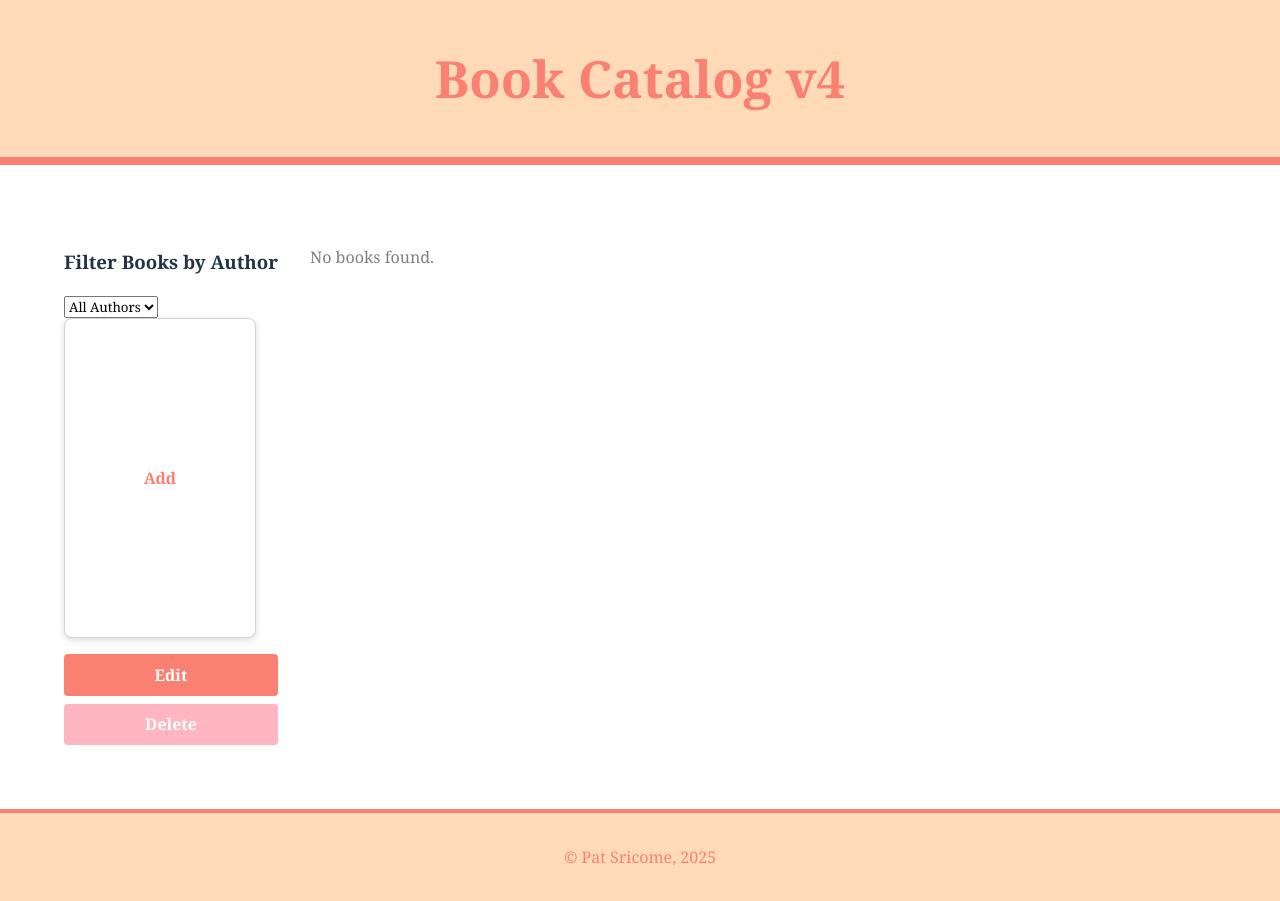
Repository: patcha-d3/book-catalog-v5
Page: /
An editor plug-in stored every save of this project. The page is shown before and after the next save, followed by the edit.
The browser window is 1280 px wide. The pictures show the whole page.
The project was rebuilt for these pictures with package versions that can differ from the ones it lists, and the page was loaded fresh each time. Also part of the build but not shown: vite.config.js, src/book.jsx.

Above is the page before, as saved 2025-10-28 23:00:44.

### index.html
<!DOCTYPE html>
<html lang="en">
  <head>
    <meta charset="UTF-8" />
    <link rel="icon" type="image/svg+xml" href="/vite.svg" />
    <meta name="viewport" content="width=device-width, initial-scale=1.0" />
    <title>Pat's Rendering lists</title>
  </head>
  <body>
    <div id="root"></div>
    <script type="module" src="/src/main.jsx"></script>
  </body>
</html>

### src/App.jsx
// App.jsx
import { useState } from "react";
import "./App.css";
import Modal from "./components/Modal.jsx";
import AddBook from "./components/AddBook.jsx";
import Book from "./book.jsx";
import BookFilter from "./components/BookFilter.jsx"; // 👈 เพิ่มการ import

function App() {
  const [books, setBooks] = useState([]);

  // ✅ state สำหรับฟิลเตอร์
  const [filterCriteria, setFilterCriteria] = useState({
    author: "",
  });

  // เลือกได้ทีละเล่ม
  const toggleSelect = (isbn13) => {
    setBooks((prev) =>
      prev.map((book) =>
        book.isbn13 === isbn13
          ? { ...book, selected: !book.selected }
          : { ...book, selected: false }
      )
    );
  };

  // เพิ่มหนังสือใหม่
  const handleAddBook = (newBook) => {
    const withDefaults = {
      ...newBook,
      isbn13:
        (window.crypto && crypto.randomUUID && crypto.randomUUID()) ||
        String(Date.now()),
      selected: false,
      image: newBook.url || "https://via.placeholder.com/150x200?text=Book",
      url: newBook.url || "#",
      isUserAdded: true, // 👈 ใช้ flag นี้ถ้าจะกรองเฉพาะหนังสือที่ผู้ใช้เพิ่ม
    };
    setBooks((prev) => [...prev, withDefaults]);
  };

  // ลบหนังสือที่เลือก
  const handleDeleteBook = () => {
    const selectedBook = books.find((b) => b.selected);
    if (!selectedBook) {
      alert("Please select a book to delete.");
      return;
    }
    setBooks((prev) => prev.filter((b) => b.isbn13 !== selectedBook.isbn13));
  };

  // Update = no-op
  const handleUpdateBook = () => {
    const selectedBook = books.find((b) => b.selected);
    if (!selectedBook) {
      alert("Please select a book to update.");
      return;
    }
    alert("Update feature coming soon!");
  };

  // ✅ handler สำหรับเปลี่ยนค่าฟิลเตอร์
  const handleFilterChange = (e) => {
    const { name, value } = e.target;
    setFilterCriteria((prev) => ({ ...prev, [name]: value }));
  };

  // ✅ รายชื่อผู้เขียน (unique + เรียง) — ตอนนี้ดึงจากทุกเล่มใน state
  // ถ้าอยากให้มีเฉพาะของที่ผู้ใช้เพิ่ม ให้เติม .filter(b => b.isUserAdded) ก่อน map
  const uniqueAuthors = [
    ...new Set(
      books
        // .filter((b) => b.isUserAdded) // <— uncomment ถ้าจะใช้เฉพาะที่ผู้ใช้เพิ่ม
        .map((b) => b.author)
        .filter(Boolean)
    ),
  ].sort();

  // ✅ กรองหนังสือก่อนส่งไปแสดง
  const filteredBooks = books.filter((book) => {
    // ถ้าจะโชว์เฉพาะ user-added: เปิดบรรทัดด้านล่าง
    // if (!book.isUserAdded) return false;

    const matchesAuthor =
      !filterCriteria.author || book.author === filterCriteria.author;
    return matchesAuthor;
  });

  return (
    <div className="app">
      <header className="app-header">
        <h1>Book Catalog v4</h1>
      </header>

      <main className="content">
        <div className="content-add">
          {/* ✅ ส่วนฟิลเตอร์ */}
          <BookFilter
            filterCriteria={filterCriteria}
            onFilterChange={handleFilterChange}
            authors={uniqueAuthors}
          />

          {/* ปุ่ม Add + modal */}
          <Modal btnLabel="Add" btnClassName="button-add">
            <AddBook onAdd={handleAddBook} />
          </Modal>

          {/* ปุ่ม Update / Delete */}
          <div className="action-buttons">
            <button className="button-update" onClick={handleUpdateBook}>
              Edit
            </button>
            <button className="button-delete" onClick={handleDeleteBook}>
              Delete
            </button>
          </div>
        </div>

        {/* ใช้ filteredBooks แทน books */}
        <BookTile books={filteredBooks} onSelect={toggleSelect} />
      </main>

      <footer className="footer">
        <p>© Pat Sricome, 2025</p>
      </footer>
    </div>
  );
}

function BookTile({ books, onSelect }) {
  if (books.length === 0) {
    return (
      <div className="content-books">
        <p style={{ color: "gray" }}>No books found.</p>
      </div>
    );
  }

  return (
    <div className="content-books">
      {books.map((book) => (
        <Book
          key={book.isbn13}
          title={book.title}
          author={book.author}
          image={book.image}
          selected={book.selected}
          onSelect={() => onSelect(book.isbn13)}
        />
      ))}
    </div>
  );
}

export default App;

### src/App.css
* {
  font-family: Georgia, "Times New Roman", Times, serif;
}

*,
*::before,
*::after {
  box-sizing: border-box;
}

html {
  display: flex;
  flex-direction: column;
  margin: auto;
  background-color: white;
}

html,
body {
  margin: 0;
  padding: 0;
  background-color: white; /* พื้นหลังขาวล้วน */
}

.content > * {
  margin: 0;
}

.app {
  display: flex;
  flex-direction: column;
  min-height: 100vh; /* ให้ container สูงเต็มหน้าจอ */
  background-color: white;
}

.app-header {
  position: relative;
  top: 0;
  left: 0;
  z-index: 1000;
  width: 100vw;
  background-color: peachpuff;
  color: salmon;
  padding: 1em;
  border-bottom: 8px solid salmon;
  text-align: center;
}

.content {
  flex: 1;
  display: flex;
  flex-direction: row;
  gap: 2em;
  padding: 4em;
  background-color: white;
}

.content-add {
  flex: 0 0 auto;
}

.action-buttons {
  display: flex;
  flex-direction: column;
  gap: 0.5em;
  margin-top: 1em;
  width: 100%;
}

.button-add,
.card-book {
  display: flex;
  flex-direction: column;
  justify-content: center;
  align-items: center;
  min-width: 12em;
  height: 20em;
  border: 1px solid lightgrey;
  border-radius: 0.5em;
  background-color: #fff;
  transition: background-color 0.3s ease, color 0.3s ease;
}

.button-add {
  color: salmon;
  font-weight: bold;
}

.button-add h2 {
  font-size: 1.2em;
  font-weight: normal;
  color: grey;
}

.button-add:hover {
  background-color: darkred;
  color: salmon;
  border: 2px solid salmon;
  font-weight: bold;
}

.button-add:hover h2 {
  color: white; /* make text readable on blue */
}

.content-books {
  display: flex;
  flex-wrap: wrap;
  justify-content: flex-start;
  gap: 2em;
  flex: 1;
}

.card-book div {
  margin: 0 auto;
}

.card-book {
  position: relative; /* ให้ปุ่ม x ยึดกับกรอบ card */
  display: flex;
  flex-direction: column;
  max-width: 12em;
  height: 20em;
  padding: 0.5em;
  border-radius: 0.5em;
  text-align: center;
  color: grey;
  background-color: white;
  overflow: hidden;
}

.card-book-image {
  flex: 0 0 auto;
  display: grid;
  place-items: center;
  max-width: 100%;
  max-height: 100%;
  margin: 0 auto;
}

.card-book-image img {
  width: 100%;
  height: 100%;
  object-fit: contain;
}

.card-book-body {
  display: flex;
  flex-direction: column;
  flex: 1; /* stretch body to take all available space */
}

.card-book-price {
  font-weight: bold;
  margin: 0.5em 0;
  color: #333;
}

.link-button {
  margin-top: auto; /* push button to bottom */
  width: 100%;
  background-color: salmon;
  color: white;
  padding: 0.5em 2.4em;
  text-align: center;
  text-decoration: none;
  font-weight: bold;
  border-radius: 8px;
  transition: background-color 0.3s ease, color 0.3s ease;
}

.link-button::hover {
  background-color: white;
  color: darkred;
}

@media (max-width: 480px) {
  .button-add,
  .card-book {
    max-width: 100%;
  }
}

.footer {
  bottom: 0;
  text-align: center;
  width: 100vw;
  background-color: peachpuff;
  color: salmon;
  padding: 1em;
  border-top: 4px solid salmon;
  margin-top: auto;
}

.card-book,
.button-add {
  box-shadow: 0 2px 6px rgba(0, 0, 0, 0.15);
  transition: box-shadow 0.3s ease, transform 0.3s ease;
}

.card-book:hover,
.button-add:hover {
  box-shadow: 0 4px 12px rgba(0, 0, 0, 0.35);
  transform: translateY(-5px);
}

.book-card span {
  display: inline-block;
  margin-left: 8px;
  font-weight: bold;
  cursor: pointer;
  color: red;
}

.btn-remove {
  font-family: Arial, Helvetica, sans-serif;
  position: absolute;
  top: 0;
  right: 0;
  display: inline-block;
  padding: 0 0.5em;
  background: #eee;
  cursor: pointer;
}

.btn-remove:hover {
  background: #db4141;
  color: white;
}

.form-container {
  padding: 0 3em;

  > form {
    padding: 2em;

    button {
      margin-left: 10em;
    }
  }
  .form-control {
    label {
      display: inline-block;
      width: 10em;
    }
    margin: 1em 0;
  }
}

dialog {
  background-color: white;
  color: #333;
}

dialog form {
  background-color: white;
  color: #333;
}

.card-book.selected {
  border: 3px solid salmon;
  transform: scale(1.02);
}

.book-title {
  font-size: 1rem;
  font-weight: bold;
  color: #333;
  margin: 0.5em 0 0 0;
}

.book-author {
  font-size: 0.9rem;
  color: #666;
  margin: 0.25em 0;
}

.button-update,
.button-delete {
  width: 100%;
  padding: 0.6em 0;
  font-weight: bold;
  border: none;
  color: white;
  cursor: pointer;
  border-radius: 4px;
}

.button-update {
  background-color: salmon;
}

.button-update:hover,
.button-delete:hover {
  background-color: darkred;
}

.button-delete {
  background-color: lightpink;
}

/* ---------- Modal (dialog) ---------- */
dialog {
  border: none;
  border-radius: 12px;
  padding: 2.5em;
  width: 420px;
  max-width: 90%;
  background-color: #fff;
  box-shadow: 0 6px 20px rgba(0, 0, 0, 0.2);
}

dialog::backdrop {
  background-color: rgba(0, 0, 0, 0.4);
}

/* ---------- Form Container ---------- */
.form-container {
  display: flex;
  flex-direction: column;
  align-items: stretch;
}

.form-container h2 {
  text-align: center;
  margin-bottom: 1.5em;
  color: salmon;
}

/* ---------- Each Form Row ---------- */
.form-row {
  display: flex;
  flex-direction: column;
  margin-bottom: 1em;
}

.form-row label {
  margin-bottom: 0.3em;
  font-weight: bold;
  color: #555;
  font-size: 0.9rem;
}

.form-row input {
  padding: 0.6em 0.8em;
  border: 1px solid #ccc;
  border-radius: 6px;
  font-size: 0.9rem;
  transition: border-color 0.2s ease;
}

.form-row input:focus {
  outline: none;
  border-color: salmon;
  box-shadow: 0 0 0 2px rgba(250, 128, 114, 0.25);
}

/* ---------- Buttons ---------- */
.modal-buttons {
  display: flex;
  justify-content: center;
  gap: 1em;
  margin-top: 1.5em;
}

.modal-buttons button {
  min-width: 100px;
  padding: 0.6em 1.2em;
  border: none;
  border-radius: 6px;
  font-size: 0.9rem;
  font-weight: bold;
  cursor: pointer;
  transition: all 0.25s ease;
}

/* Save button */
.modal-buttons .btn.primary {
  background-color: salmon;
  color: white;
}

.modal-buttons .btn.primary:hover {
  background-color: darkred;
}

/* Cancel button */
.modal-buttons button[type="button"] {
  background-color: lightgray;
  color: #333;
}

.modal-buttons button[type="button"]:hover {
  background-color: #ccc;
}

.modal-buttons {
  display: flex;
  justify-content: center;
  margin-top: 1.5em;
}

.modal-buttons button {
  width: 60%;
  padding: 0.7em 0;
  border: none;
  border-radius: 6px;
  font-weight: bold;
  background-color: salmon;
  color: white;
  cursor: pointer;
  transition: all 0.25s ease;
}

.modal-buttons button:hover {
  background-color: darkred;
}

### src/components/Modal.jsx
import { useRef } from "react";

function Modal({ btnLabel, children, btnClassName }) {
  const modalRef = useRef();

  const openModal = () => modalRef.current.showModal();
  const closeModal = () => modalRef.current.close();

  return (
    <>
      <button onClick={openModal} className={btnClassName}>
        {btnLabel}
      </button>

      <dialog ref={modalRef}>{children}</dialog>
    </>
  );
}

export default Modal;

### src/components/AddBook.jsx
// components/AddBook.jsx
import { useState } from "react";

function AddBook({ onAdd }) {
  const [formData, setFormData] = useState({
    title: "",
    author: "",
    publisher: "",
    year: "",
    language: "",
    pages: "",
    url: "",
  });

  const handleChange = (e) => {
    const { name, value } = e.target;
    setFormData((prev) => ({
      ...prev,
      [name]: value,
    }));
  };

  const handleSubmit = (e) => {
    e.preventDefault();

    // trim ข้อมูลหลัก ๆ กันช่องว่างล้วน
    const payload = {
      title: formData.title.trim(),
      author: formData.author.trim(),
      publisher: formData.publisher.trim(),
      language: formData.language.trim(),
      // แปลงเป็นตัวเลขถ้ากรอก (ไม่งั้นปล่อยว่าง)
      year: formData.year ? Number(formData.year) : "",
      pages: formData.pages ? Number(formData.pages) : "",
      url: formData.url.trim(),
    };

    if (!payload.title || !payload.author) {
      alert("Please enter at least a title and author.");
      return;
    }

    onAdd(payload);

    // reset ฟอร์ม
    setFormData({
      title: "",
      author: "",
      publisher: "",
      year: "",
      language: "",
      pages: "",
      url: "",
    });

    // ปิด dialog เฉพาะตัวที่ครอบฟอร์มนี้
    const dialog = e.target.closest("dialog");
    if (dialog) dialog.close();
  };

  return (
    <div className="form-container">
      <h2>Add New Book</h2>
      <form onSubmit={handleSubmit} className="modal-form" noValidate>
        <div className="form-row">
          <label htmlFor="title">
            Title<span aria-hidden="true"> *</span>
          </label>
          <input
            id="title"
            name="title"
            value={formData.title}
            onChange={handleChange}
            placeholder="Book title"
            required
            autoFocus
          />
        </div>

        <div className="form-row">
          <label htmlFor="author">
            Author<span aria-hidden="true"> *</span>
          </label>
          <input
            id="author"
            name="author"
            value={formData.author}
            onChange={handleChange}
            placeholder="Author name"
            required
          />
        </div>

        <div className="form-row">
          <label htmlFor="publisher">Publisher</label>
          <input
            id="publisher"
            name="publisher"
            value={formData.publisher}
            onChange={handleChange}
            placeholder="Publisher"
          />
        </div>

        <div className="form-row">
          <label htmlFor="year">Publication Year</label>
          <input
            id="year"
            name="year"
            type="number"
            inputMode="numeric"
            min="0"
            max="9999"
            value={formData.year}
            onChange={handleChange}
            placeholder="e.g. 2024"
          />
        </div>

        <div className="form-row">
          <label htmlFor="language">Language</label>
          <input
            id="language"
            name="language"
            value={formData.language}
            onChange={handleChange}
            placeholder="Language"
          />
        </div>

        <div className="form-row">
          <label htmlFor="pages">Pages</label>
          <input
            id="pages"
            name="pages"
            type="number"
            inputMode="numeric"
            min="1"
            value={formData.pages}
            onChange={handleChange}
            placeholder="e.g. 320"
          />
        </div>

        <div className="form-row">
          <label htmlFor="url">Url Link (cover image)</label>
          <input
            id="url"
            name="url"
            type="url"
            inputMode="url"
            value={formData.url}
            onChange={handleChange}
            placeholder="https://example.com/cover.jpg"
          />
        </div>

        <div className="modal-buttons">
          <button type="submit" className="btn primary">
            Save
          </button>
        </div>
      </form>
    </div>
  );
}

export default AddBook;

### src/components/BookFilter.jsx
import React from "react";
import "../App.css";

export default function BookFilter({
  filterCriteria,
  onFilterChange,
  authors,
}) {
  return (
    <div className="filter-controls">
      <h3>Filter Books by Author</h3>
      <div className="filter-row">
        <div className="filter-group">
          <select
            id="author-filter"
            name="author"
            value={filterCriteria.author}
            onChange={onFilterChange}
            className="author-dropdown"
          >
            <option value="">All Authors</option>
            {authors.map((author, index) => (
              <option key={index} value={author}>
                {author}
              </option>
            ))}
          </select>
        </div>
      </div>
    </div>
  );
}

Loaded but not shown: src/main.jsx (common file); src/index.css (common file)

After the next save:
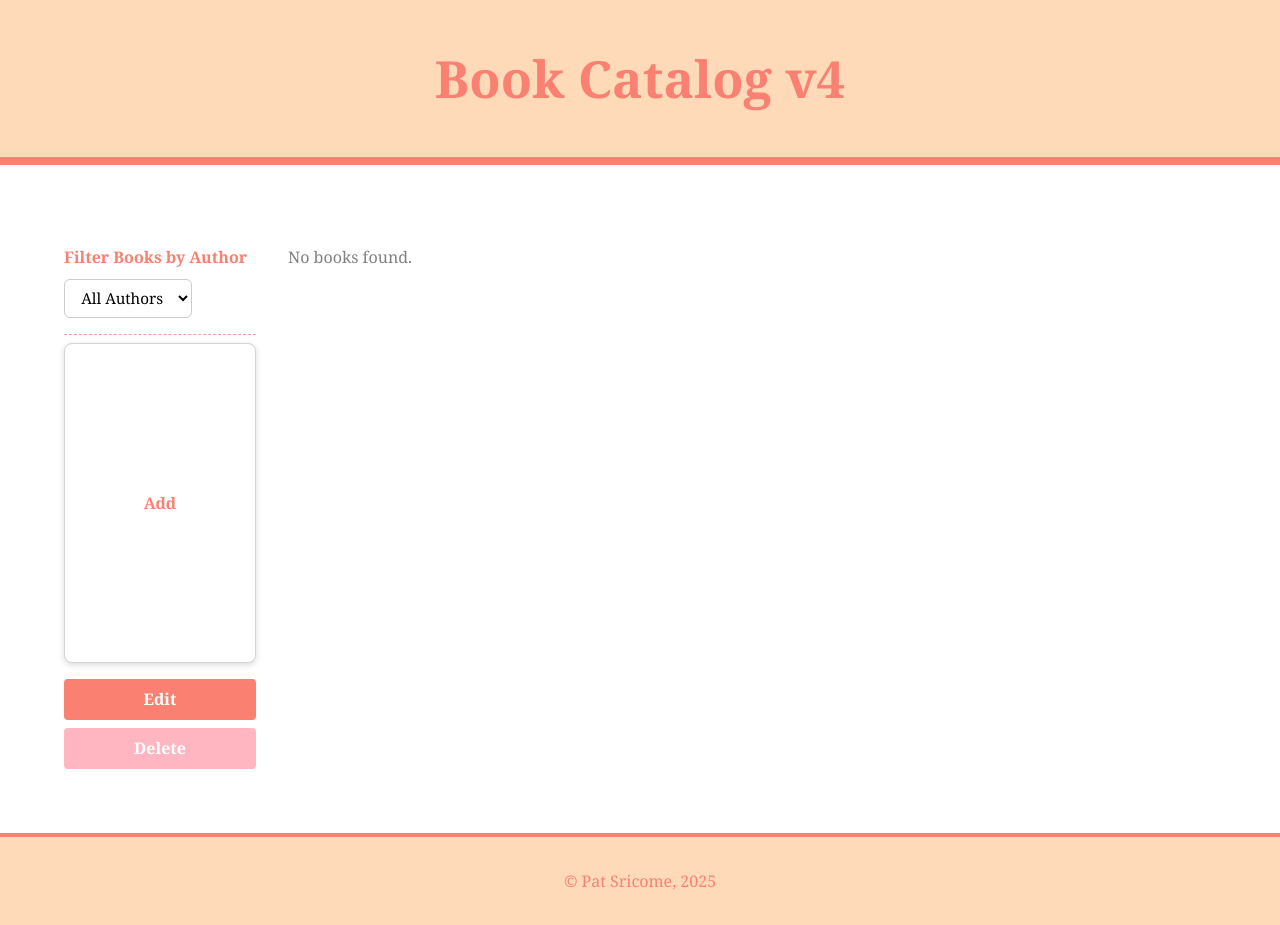
Saved 26 s later.
--- a/src/App.css
+++ b/src/App.css
@@ -415,3 +415,39 @@ dialog::backdrop {
 .modal-buttons button:hover {
   background-color: darkred;
 }
+
+/* Filter panel */
+.filter-controls {
+  display: flex;
+  flex-direction: column;
+  gap: 0.6em;
+  padding: 1em 0;
+  margin-bottom: 0.5em;
+  border-bottom: 1px dashed #f1a08f; /* โทนใกล้ salmon */
+}
+
+.filter-controls h3 {
+  font-size: 1rem;
+  margin: 0;
+  color: salmon;
+}
+
+.filter-row {
+  display: flex;
+  flex-direction: column;
+  gap: 0.6em;
+}
+
+.author-dropdown {
+  padding: 0.5em 0.8em;
+  border: 1px solid #ccc;
+  border-radius: 6px;
+  background-color: #fff;
+  font-size: 0.95rem;
+}
+
+.author-dropdown:focus {
+  outline: none;
+  border-color: salmon;
+  box-shadow: 0 0 0 2px rgba(250, 128, 114, 0.2);
+}
